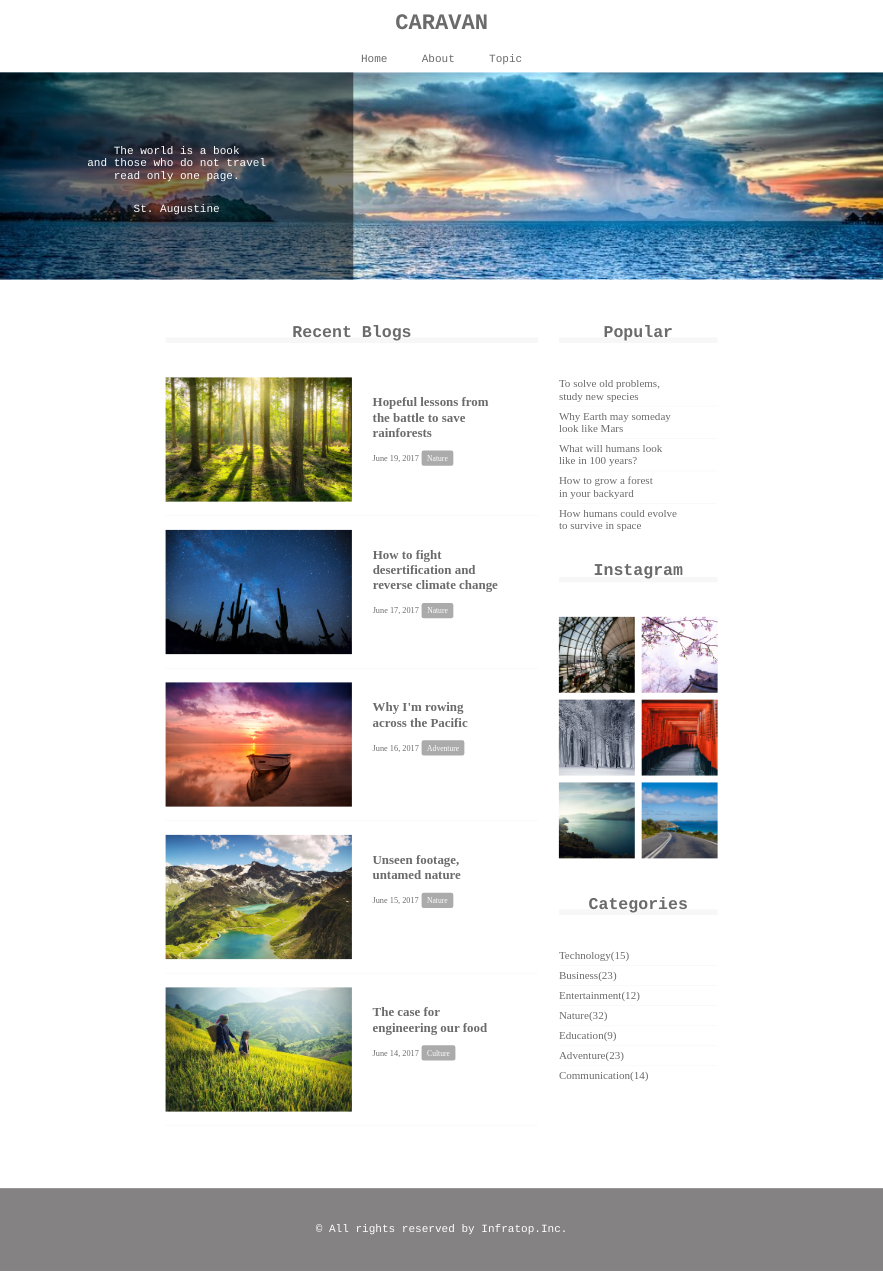
Repository: pureforest/html
Page: caravan/index.html
The author's editor kept a record of every edit. The page is drawn from the files as they stood at one moment, then again after the next edit.
The browser window is 1280 px wide. The pictures show the whole page, at 69% of full size.

Above is the page before.

### caravan/index.html
<!DOCTYPE html>
<html lang="ja">
  <head>
    <meta charset="UTF-8" />
    <!-- CSSファイルの読み込み -->
    <link rel="stylesheet" href="style.css" />
    <title>CARAVAN</title>
  </head>

  <body>
    <!-- header -->
    <header>
      <h1 class="heading">
        <a href="index.html">
          CARAVAN
        </a>
      </h1>
    </header>

    <!-- navigation -->
    <nav>
      <ul class="nav-list">
        <li class="nav-list-item">
          <a href="index.html">Home</a>
        </li>
        <li class="nav-list-item">About</li>
        <li class="nav-list-item">Topic</li>
      </ul>
    </nav>

    <!-- main-visual用のdiv -->
    <div class="main-visual">
      <div class="main-visual-content">
        <p class="main-visual-text">
          The world is a book<br>
          and those who do not travel<br>
          read only one page.
        </p>
        <p class="main-visual-name">
          St. Augustine
        </p>
      </div>
    </div>

    <!-- main用のdiv -->
    <main>
      <section class="blog">
        <h2 class="blog-heading">Recent Blogs</h2>
        <div class="blog-box">
          <div class="blog-item">
            <img class="blog-image" src="img/forest.jpg" />
            <section class="blog-text">
              <h3 class="blog-text-heading">
                <a href="single.html">
                  Hopeful lessons from<br>
                  the battle to save<br>
                  rainforests
                </a>
              </h3>
              <p class="blog-date">June 19, 2017</p>
              <span class="category">Nature</span>
            </section>
          </div>
          <div class="blog-item">
            <img class="blog-image" src="img/desert.jpg" />
            <section class="blog-text">
              <h3 class="blog-text-heading">
                <a href="single.html">
                  How to fight<br>
                  desertification and<br>
                  reverse climate change
                </a>
              </h3>
              <p class="blog-date">June 17, 2017</p>
              <span class="category">Nature</span>
            </section>
          </div>
          <div class="blog-item">
            <img class="blog-image" src="img/sunset.jpg" />
            <section class="blog-text">
              <h3 class="blog-text-heading">
                <a href="single.html">
                  Why I'm rowing<br>
                  across the Pacific
                </a>
              </h3>
              <p class="blog-date">June 16, 2017</p>
              <span class="category">Adventure</span>
            </section>
          </div>
          <div class="blog-item">
            <img class="blog-image" src="img/italy.jpg" />
            <section class="blog-text">
              <h3 class="blog-text-heading">
                <a href="single.html">
                  Unseen footage,<br>
                  untamed nature
                </a>
              </h3>
              <p class="blog-date">June 15, 2017</p>
              <span class="category">Nature</span>
            </section>
          </div>
          <div class="blog-item">
            <img class="blog-image" src="img/asia.jpg" />
            <section class="blog-text">
              <h3 class="blog-text-heading">
                <a href="single.html">
                  The case for<br>
                  engineering our food
                </a>
              </h3>
              <p class="blog-date">June 14, 2017</p>
              <span class="category">Culture</span>
            </section>
          </div>
        </div>
      </section>


      <div class="sidebar">
       <section class="popular">
        <h2 class="popular-heading common-heading">Popular</h2>
        <div class="sidebar-contents">
          <p class="popular-text">To solve old problems,<br>study new species</p>
          <p class="popular-text">Why Earth may someday<br>look like Mars</p>
          <p class="popular-text">What will humans look<br>like in 100 years?</p>
          <p class="popular-text">How to grow a forest<br>in your backyard</p>
          <p class="popular-text">How humans could evolve<br>to survive in space</p>
        </div>
       </section>

       <section class="instagram">
        <h2 class="instagram-heading common-heading">Instagram</h2>
          <div class="sidebar-contents">
            <div class="instagram-box"></div>
            <div class="instagram-box"></div>
            <div class="instagram-box"></div>
            <div class="instagram-box"></div>
            <div class="instagram-box"></div>
            <div class="instagram-box"></div>
          </div>
       </section>

       <section class="categories">
          <h2 class="categories-heading common-heading">Categories</h2>
          <div class="sidebar-contents">
            <p class="categories-text">Technology(15)</p>
            <p class="categories-text">Business(23)</p>
            <p class="categories-text">Entertainment(12)</p>
            <p class="categories-text">Nature(32)</p>
            <p class="categories-text">Education(9)</p>
            <p class="categories-text">Adventure(23)</p>
            <p class="categories-text">Communication(14)</p>
          </div>
        </section>
      </div>
    </main>

    <!-- footer -->
    <footer>
      <p class="footer-text">© All rights reserved by Infratop.Inc.</p>
    </footer>
  </body>
</html>

### caravan/style.css
* {
  margin: 0;
  padding: 0;
  box-sizing: border-box;
  color: #6c6b6b;
}

a{
  text-decoration: none;
}

header,nav,h2,.main-visual,footer{
  font-family: Chalkduster, "Bradley Hand", Courier, "Segoe Print", sans-serif;
}

header {
  width: 90%;
  padding: 15px 0;
  margin: 0 auto;
  text-align: center;
  position: relative;
}

.social i{
  display: inline-block;
  margin-left: 20px;
}

.social {
  position: absolute;
  top: 22px;
  right: 22px;
}

header .heading {
  font-size: 32px;
}

.nav-list {
  text-align: center;
  padding: 10px 0;
  margin: 0 auto;
}

.nav-list-item {
  list-style: none;
  display: inline-block;
  margin: 0 20px;
}

.main-visual {
  width: 100%; /* 横幅いっぱい */
  height: 300px; /* 高さ300px */
  background-image: url(img/mv.jpg);
  background-size: cover; /* 縦横比を維持したまま背景領域を埋め尽くす */
  background-position: center; /* 背景画像を中央に配置 */
}

.main-visual-content {
  width: 40%; /* 横幅40% */
  height: 300px; /* 親の高さに揃える */
  background-color: rgba(0, 0, 0, 0.5); /* 背景色を半透明の黒にする */
  text-align: center; /* 文字を中央揃えにする */
  padding-top: 105px; /* 上側の内側余白で垂直方向の位置を調整 */
}

.main-visual-text {
  color: #fff;
}

.main-visual-name {
  margin-top: 30px;
  color: #fff;
}

main {
  width: 800px;
  display: flex;
  justify-content: center;
  margin: 0 auto;
  padding: 70px 0;
}

.blog {
  width: 540px;
  margin-right: 30px;
}

.blog-heading {
  border-bottom: 8px solid #f7f7f7;
  text-align: center;
  line-height: 0.6;
}

.blog-box{
  padding-top: 50px
}

.blog-item {
  padding-bottom: 20px;
  margin-bottom: 20px;
  border-bottom: 1px solid #f7f7f7;
  display: flex;
  justify-content: flex-start;}

.blog-image {
  height: 180px;
}

.blog-text {
  padding: 25px 0 0 30px;
}

.blog-text-heading{
  padding-bottom: 15px;
}
.blog-date {
  font-size: 12px;
  display: inline-block;
}
.category {
  display: inline-block;
  padding: 5px 8px;
  background-color: #acabab;
  border-radius: 3px;
  color: #fff;
  font-size: 11px;
}

.pagination{
  text-align: center;
  padding-top: 50px;
}

.pagination p{
  display: inline-block;
  width: 30px;
  height: 30px;
  margin: 0 5px;
  color: #fff;
  background-color: #acabab;
  border-radius: 3px;
  line-height: 30px;
}
.sidebar {
  width: 230px;
}

.common-heading {
  border-bottom: 8px solid #f7f7f7;
  text-align: center;
  line-height: 0.6;
}

.sidebar-contents {
  padding: 50px 0;
}

.popular-text,
.categories-text {
  padding-bottom: 5px;
  border-bottom: 1px solid #f7f7f7;
  margin-bottom: 5px;
}

.popular-text:last-child,
.categories-text:last-child {
  margin: 0;
  padding: 0;
  border: none;
}

.instagram .sidebar-contents {
  display: flex;
  flex-wrap: wrap;
}

.instagram-box {
  width: 110px;
  padding-top: 110px;
  background-size: cover;
  background-position: center;
  margin-bottom: 10px;
}

.instagram-box:nth-child(odd) {
  margin: 0 10px 10px 0;
}

.instagram-box:nth-child(1) {
  background-image: url(img/airport.jpg);
}

.instagram-box:nth-child(2) {
  background-image: url(img/japan.jpg);
}

.instagram-box:nth-child(3) {
  background-image: url(img/snow.jpg);
}

.instagram-box:nth-child(4) {
  background-image: url(img/japan2.jpg);
}

.instagram-box:nth-child(5) {
  background-image: url(img/lake.jpg);
}

.instagram-box:nth-child(6) {
  background-image: url(img/road.jpg);
}

footer {
  width: 100%;
  height: 120px;
  text-align: center;
  line-height: 120px;
  background-color: #848282;
}

.footer-text {
  color: #fff;
}

@media screen and (max-width: 425px) {
  header {
  width: 100%;
}

.social {
  display
}

header .heading {
  font-size: 32px;
}

.nav-list {
  width: 100%
}

.nav-list-item {
  width: 100%;
  margin: 0 0 10px 0;
}

.main-visual {
  width: 100%; /* 横幅いっぱい */
  height: 300px; /* 高さ300px */
  background-image: url(img/mv.jpg);
  background-size: cover; /* 縦横比を維持したまま背景領域を埋め尽くす */
  background-position: center; /* 背景画像を中央に配置 */
}

.main-visual-content {
  width: 40%; /* 横幅40% */
  height: 300px; /* 親の高さに揃える */
  background-color: rgba(0, 0, 0, 0.5); /* 背景色を半透明の黒にする */
  text-align: center; /* 文字を中央揃えにする */
  padding-top: 105px; /* 上側の内側余白で垂直方向の位置を調整 */
}

.main-visual-text {
  color: #fff;
}

.main-visual-name {
  margin-top: 30px;
  color: #fff;
}

main {
  width: 800px;
  display: flex;
  justify-content: center;
  margin: 0 auto;
  padding: 70px 0;
}

.blog {
  width: 540px;
  margin-right: 30px;
}

.blog-heading {
  border-bottom: 8px solid #f7f7f7;
  text-align: center;
  line-height: 0.6;
}

.blog-box{
  padding-top: 50px
}

.blog-item {
  padding-bottom: 20px;
  margin-bottom: 20px;
  border-bottom: 1px solid #f7f7f7;
  display: flex;
  justify-content: flex-start;}

.blog-image {
  height: 180px;
}

.blog-text {
  padding: 25px 0 0 30px;
}

.blog-text-heading{
  padding-bottom: 15px;
}
.blog-date {
  font-size: 12px;
  display: inline-block;
}
.category {
  display: inline-block;
  padding: 5px 8px;
  background-color: #acabab;
  border-radius: 3px;
  color: #fff;
  font-size: 11px;
}

.pagination{
  text-align: center;
  padding-top: 50px;
}

.pagination p{
  display: inline-block;
  width: 30px;
  height: 30px;
  margin: 0 5px;
  color: #fff;
  background-color: #acabab;
  border-radius: 3px;
  line-height: 30px;
}
.sidebar {
  width: 230px;
}

.common-heading {
  border-bottom: 8px solid #f7f7f7;
  text-align: center;
  line-height: 0.6;
}

.sidebar-contents {
  padding: 50px 0;
}

.popular-text,
.categories-text {
  padding-bottom: 5px;
  border-bottom: 1px solid #f7f7f7;
  margin-bottom: 5px;
}

.popular-text:last-child,
.categories-text:last-child {
  margin: 0;
  padding: 0;
  border: none;
}

.instagram .sidebar-contents {
  display: flex;
  flex-wrap: wrap;
}

.instagram-box {
  width: 110px;
  padding-top: 110px;
  background-size: cover;
  background-position: center;
  margin-bottom: 10px;
}

.instagram-box:nth-child(odd) {
  margin: 0 10px 10px 0;
}

.instagram-box:nth-child(1) {
  background-image: url(img/airport.jpg);
}

.instagram-box:nth-child(2) {
  background-image: url(img/japan.jpg);
}

.instagram-box:nth-child(3) {
  background-image: url(img/snow.jpg);
}

.instagram-box:nth-child(4) {
  background-image: url(img/japan2.jpg);
}

.instagram-box:nth-child(5) {
  background-image: url(img/lake.jpg);
}

.instagram-box:nth-child(6) {
  background-image: url(img/road.jpg);
}

footer {
  width: 100%;
  height: 120px;
  text-align: center;
  line-height: 120px;
  background-color: #848282;
}

After the next edit:
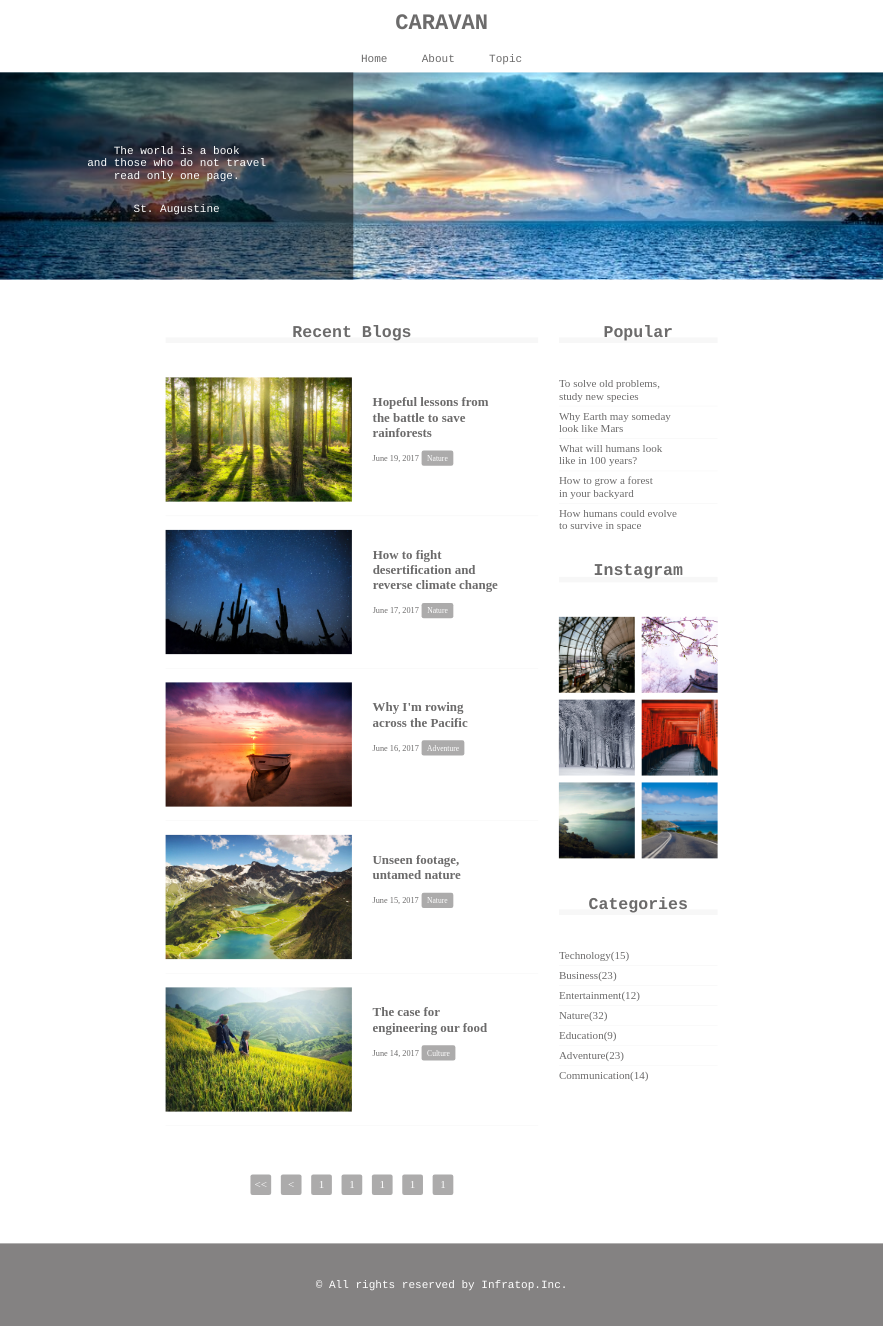
The edit:
--- a/caravan/index.html
+++ b/caravan/index.html
@@ -115,6 +115,14 @@
             </section>
           </div>
         </div>
+        <div class="pagination">
+         <p><<</p>
+         <p><</P>
+         <p>1</p>
+         <p>1</p>
+         <p>1</p>
+         <p>1</p>
+         <p>1</p>
       </section>
 
 
